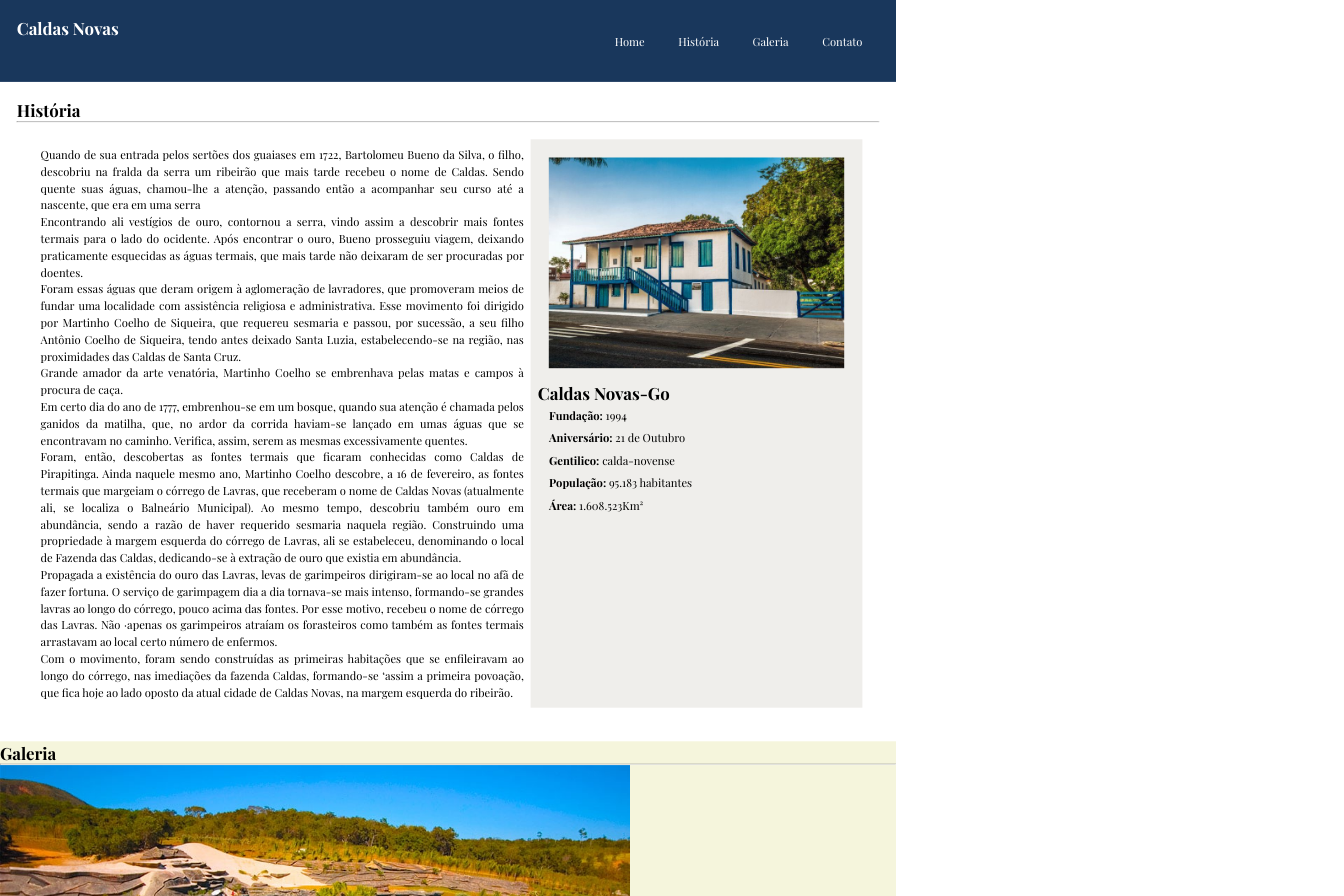
Repository: AbiezerSidonioJoseOdanacaJunior/DesafioLocalTuristico
Page: index.html
These files come from the project's save history. The page is drawn as it stood at one moment and after the next save; the edit follows.
The browser window is 1280 px wide. The page is 1920 px wide, then 1600 px, so the pictures cover 1920 px, including what lies to the right of the window. The pictures show the part of the page from y = 0 to 1280 px (the page is 5385 px tall before and 5435 px after), at 70% of full size.
Some web fonts or font styles are not loaded; a fallback is used.

Above is the page before, as saved 2024-11-11 17:19:26.

After the next save:
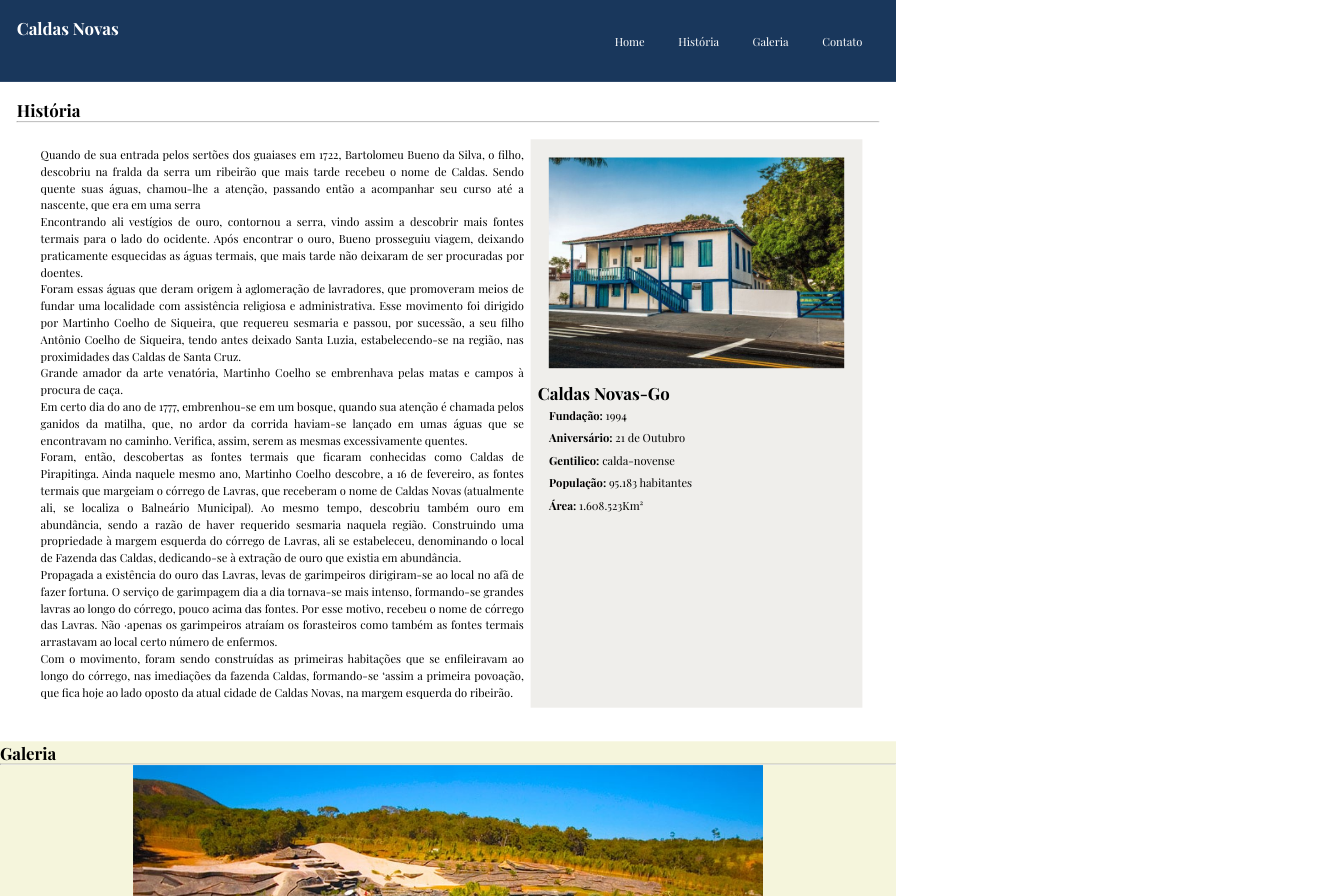
Saved 50 s later.
--- a/css/style.css
+++ b/css/style.css
@@ -83,5 +83,8 @@
 
 #fotos {
     display: flex;
-    flex-wrap: wrap;
+    flex-wrap: wrap; /* Permite que os itens quebrem para novas linhas */
+    gap: 10px; /* Espaço entre os itens */
+    max-width: 100%; /* Ocupa toda a largura da tela */
+    justify-content: center; /* Centraliza a galeria */
 }
